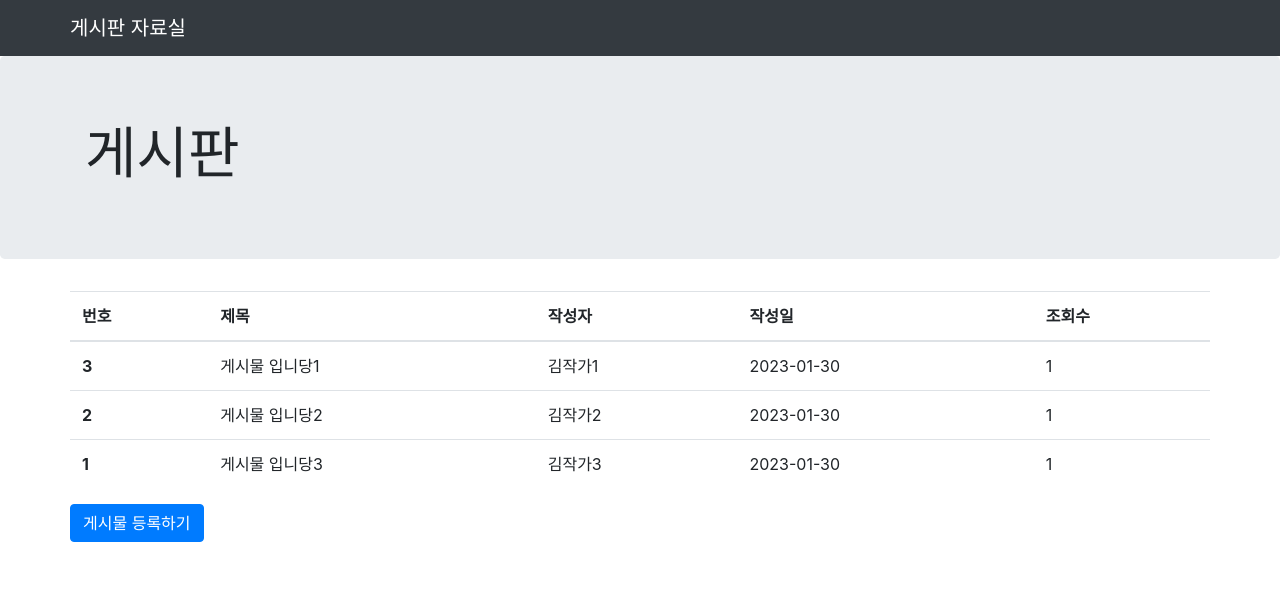
Repository: LeeKukJu/JSP-Study
Page: http://localhost/JSPBook/ch11/totaltest/boardList.jsp
These files come from the project's save history. The page is drawn as it stood at one moment and after the next save; the edit follows.
The browser window is 1280 px wide. The pictures show the whole page.
The page is served by Tomcat 9. Nobody is signed in. The application's start-up code is not run. Other server files are loaded and not shown.

Above is the page before, as saved 2023-02-03 10:24:08.

### JSPBook/WebContent/ch11/totaltest/boardList.jsp
<%@page import="dto.BoardVO"%>
<%@page import="java.util.ArrayList"%>
<%@page import="dao.BoardDAO"%>
<%@ page language="java" contentType="text/html; charset=UTF-8"
	pageEncoding="UTF-8"%>
<%@ taglib prefix="c" uri="http://java.sun.com/jsp/jstl/core"%>
<%@ taglib prefix="fn" uri="http://java.sun.com/jsp/jstl/functions"%>
<!DOCTYPE html>
<html>
<head>
<meta charset="UTF-8">
<title>Insert title here</title>
</head>
<body>
	<!--
	1. 게시판 리스트를 table로 만들어서 출력해주세요.
		- boardList.jsp 페이지에다 만들어주세요
		- 넘겨받은 리스트 데이터를 코어태그를 이용하여 출력해주세요.
		  > c:set 리스트 저장 후 사용
		  > c:choose, c:when, c:otherwise
		  > c:forEach

		** 초반 데이터는 없습니다.
					제목						작성자		작성일			조회수
	─────────────────────────────────────────────────────────────────────────────
						조회하실 게시글이 존재하지 않습니다.
	─────────────────────────────────────────────────────────────────────────────


		** 데이터가 있는 경우 아래와 같이 출력됩니다.
				제목						작성자		작성일			조회수
	─────────────────────────────────────────────────────────────────────────────
		게시판 제목입니다......! 1			허나훔		2022-12-12		1245
		게시판 제목입니다......! 2			송서영		2022-12-12		1245
		게시판 제목입니다......! 3			채진영		2022-12-12		1245
		게시판 제목입니다......! 4			배영호		2022-12-12		1245
		게시판 제목입니다......! 5			조은혁		2022-12-12		1245
		게시판 제목입니다......! 6			조현수		2022-12-12		1245
		.....
	─────────────────────────────────────────────────────────────────────────────
	 게시글 등록하기

	2. 등록하기 버튼을 누르면 시큐리티에 의해 보호자원으로 설정되어 있습니다.
		해당 게시글 등록하기는 역할명 admin의 username "administrator" password "a0011" 로 설정해주세요
		그리고 admin 역할명에 해당하는 역할 계정이 아니고서는 접근 불가능하게 해주세요.
		시큐리티 인증 방식은 FORM 방식으로 하고, 로그인 페이지는 login.jsp로 설정해주세요.
		인증 실패 시, 에러 페이지는 login_failed 페이지로 설정해주세요.

	3. 게시판 리스트에서 내가 조회할 게시글 하나를 클릭 시, 게시판 상세보기 페이지로 이동합니다.
		- boardView.jsp 로 이동
 -->

	<%@include file="./menu.jsp"%>
	<div class="jumbotron">
		<div class="container">
			<h1 class="display-4">게시판</h1>
		</div>
	</div>
	<%
		BoardDAO boardDAO = BoardDAO.getInstance();
	ArrayList<BoardVO> boardList = boardDAO.getBoardList();
	%>

	<c:set var="list" value="<%=boardList%>" />
	<c:set var="listSize" value="<%=boardList.size()%>" />

	<div class="container">
		<div class="row" align="center">
			<table class="table table-hover">
				<thead>
					<tr>
						<th scope="col">번호</th>
						<th scope="col">제목</th>
						<th scope="col">작성자</th>
						<th scope="col">작성일</th>
						<th scope="col">조회수</th>
					</tr>
				</thead>
				<tbody>
					<c:choose>
						<c:when test="${listSize > 0}">
							<c:forEach var="board" items="${list}" varStatus="stat">
								<tr>
									<th scope="row">${(listSize-stat.count)+1}</th>
									<td>${board.title}</td>
									<td>${board.author}</td>
									<td>${board.writeDate}</td>
									<td>${board.hit}</td>
								</tr>
							</c:forEach>
						</c:when>
						<c:otherwise>
							<tr>
								<th scope="row">조회하실 게시글이 존재하지 않습니다.</th>
							</tr>
						</c:otherwise>
					</c:choose>
				</tbody>
			</table>
		</div>
		<div class="row" align="left">
			<a class="btn btn-primary" href="#" role="button">게시물 등록하기</a>
		</div>
	</div>

</body>
</html>

### JSPBook/WebContent/ch11/totaltest/menu.jsp
<%@ page language="java" contentType="text/html; charset=UTF-8"
	pageEncoding="UTF-8"%>
<link rel="stylesheet" href="https://maxcdn.bootstrapcdn.com/bootstrap/4.0.0/css/bootstrap.min.css"/>
<!--
	메뉴를 제공하는 페이지를 구성해주세요.
	- 메뉴를 구성하고 각 페이지(view)를 담당하는 jsp 마다 페이지 모듈화를 진행해주세요.

	[상단 메뉴 구성]
	게시판  자료실 -> boardList.jsp 요청 ( 시큐리티 작동하도록)
 -->

<nav class="navbar navbar-expand navbar-dark bg-dark">
	<div class="container">
		<div class="navbar-header">
			<a class="navbar-brand" href="./boardList.jsp">게시판 자료실</a>
		</div>
	</div>
</nav>

### JSPBook/src/dao/BoardDAO.java
package dao;

import java.text.SimpleDateFormat;
import java.time.LocalDate;
import java.util.ArrayList;
import java.util.Calendar;
import java.util.Date;

import dto.BoardVO;

public class BoardDAO {

	private ArrayList<BoardVO> boardList = new ArrayList<BoardVO>();

	private static BoardDAO instance = new BoardDAO();
	public static BoardDAO getInstance() {
		return instance;
	}



	public BoardDAO() {
		BoardVO board1 = new BoardVO();
		LocalDate writeDate = LocalDate.now();

		board1.setTitle("게시물 입니당1");
		board1.setAuthor("김작가1");
		board1.setWriteDate(writeDate);
		board1.setHit(1);

		BoardVO board2 = new BoardVO();

		board2.setTitle("게시물 입니당2");
		board2.setAuthor("김작가2");
		board2.setWriteDate(writeDate);
		board2.setHit(1);

		BoardVO board3 = new BoardVO();

		board3.setTitle("게시물 입니당3");
		board3.setAuthor("김작가3");
		board3.setWriteDate(writeDate);
		board3.setHit(1);

		boardList.add(board1);
		boardList.add(board2);
		boardList.add(board3);
	}



	public ArrayList<BoardVO> getBoardList(){
		return boardList;
	}

	public void insertBoard(BoardVO board) {
		boardList.add(board);
	}


}

### JSPBook/src/dto/BoardVO.java
package dto;

import java.time.LocalDate;
import java.util.Date;

public class BoardVO {
	private String title;
	private String author;
	private LocalDate writeDate;
	private int hit;

	public String getTitle() {
		return title;
	}
	public void setTitle(String title) {
		this.title = title;
	}
	public String getAuthor() {
		return author;
	}
	public void setAuthor(String author) {
		this.author = author;
	}
	public LocalDate getWriteDate() {
		return writeDate;
	}
	public void setWriteDate(LocalDate writeDate) {
		this.writeDate = writeDate;
	}
	public int getHit() {
		return hit;
	}
	public void setHit(int hit) {
		this.hit = hit;
	}




}

### JSPBook/WebContent/ch11/totaltest/footer.jsp
<%@ page language="java" contentType="text/html; charset=UTF-8"
    pageEncoding="UTF-8"%>
<!DOCTYPE html>
<html>
<head>
<meta charset="UTF-8">
<title>@304_이국주</title>
</head>
<body>
<!--
	@304_본인이름  으로 페이지를 구성해주세요.
	- 메뉴를 구성하고 각 페이지(view)를 담당하는 jsp 마다 페이지 모듈화를 진행해주세요.
 -->

 <footer class="container">
	<p>&copy; 304_이국주</p>
</footer>

</body>
</html>

After the next save:
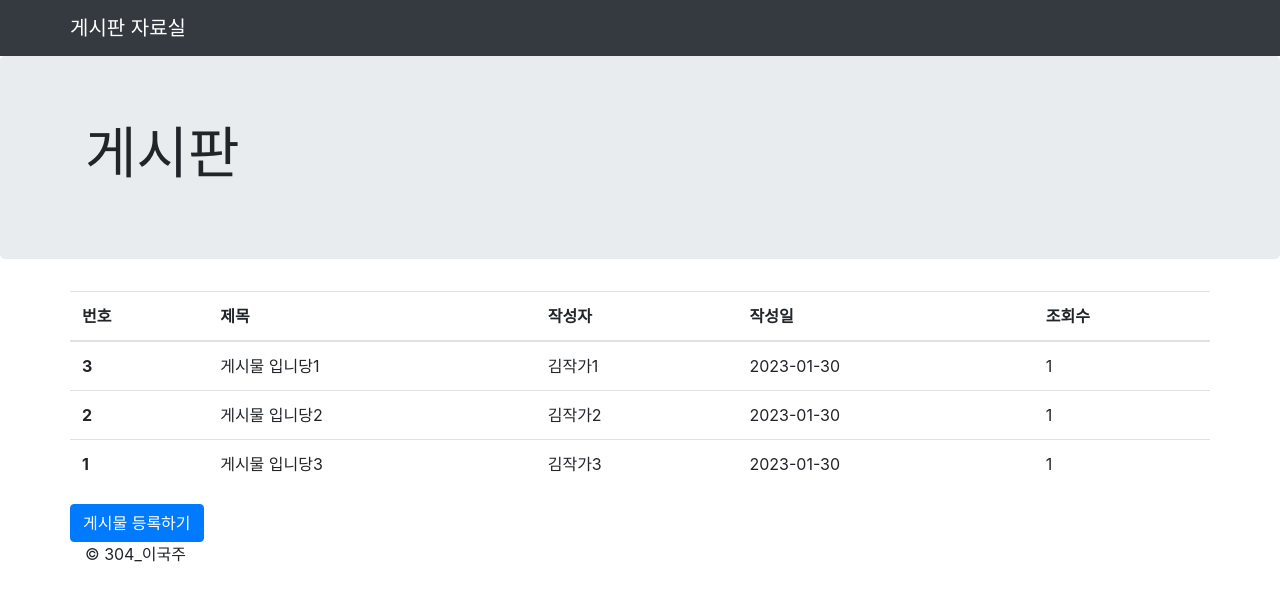
Saved 2 min 31 s later.
--- a/JSPBook/WebContent/ch11/totaltest/boardList.jsp
+++ b/JSPBook/WebContent/ch11/totaltest/boardList.jsp
@@ -103,5 +103,6 @@
 		</div>
 	</div>
 
+<%@include file="./footer.jsp" %>
 </body>
 </html>
